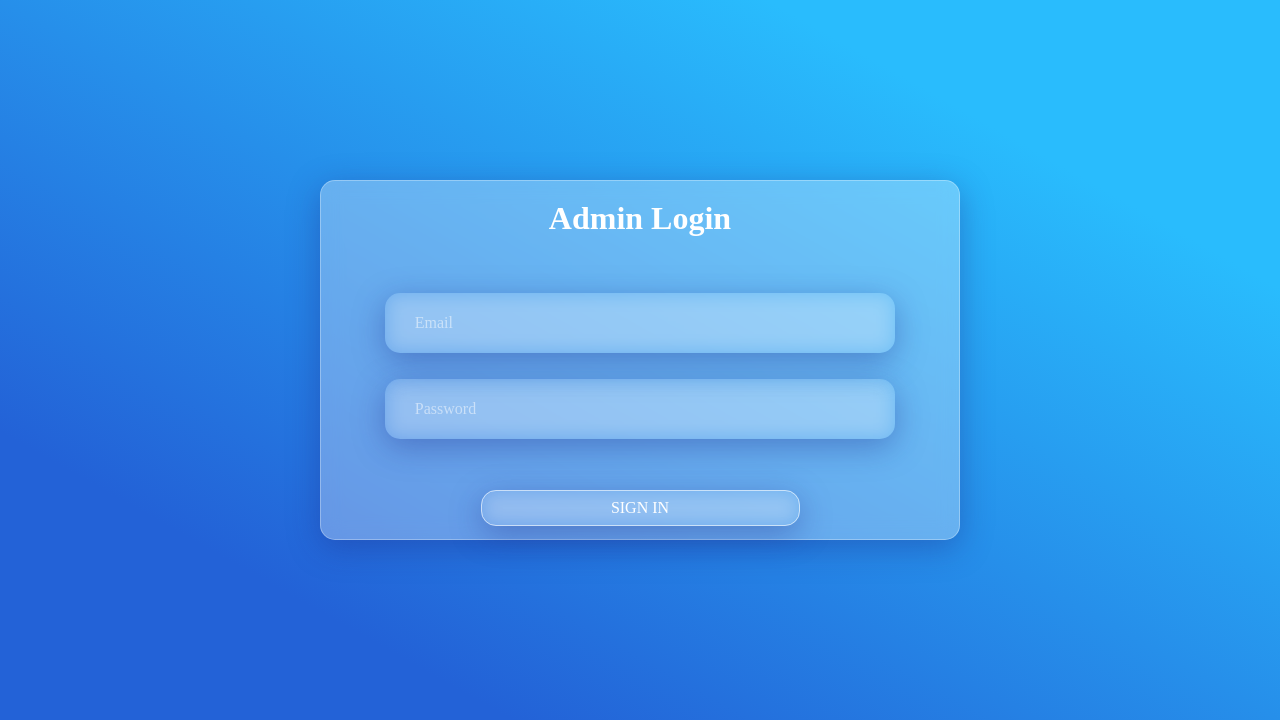
Repository: LEEYONGJUN3068/cms
Page: /login
These files come from the project's save history. The page is drawn as it stood at one moment and after the next save; the edit follows.
The browser window is 1280 px wide. The pictures show the whole page.
The page's requests for data from a server got no answer. The project was rebuilt for these pictures with package versions that can differ from the ones it lists, and the page was loaded fresh each time. The framework's server and built-in components were replaced by stand-ins that run in the browser. No one was signed in, and anything a server would have sent is missing. Also part of the build but not shown: next.config.mjs.

Above is the page before, as saved 2025-09-23 15:30:43.

### src/app/layout.js
import { Geist, Geist_Mono } from "next/font/google";
import "./globals.css";
import AppLoader from "@/components/AppLoader";
import "../styles/globals.scss";

const geistSans = Geist({
  variable: "--font-geist-sans",
  subsets: ["latin"],
});

const geistMono = Geist_Mono({
  variable: "--font-geist-mono",
  subsets: ["latin"],
});

export const metadata = {
  title: "Create Next App",
  description: "Generated by create next app",
  stylesheets: [
    {
      rel: 'stylesheet',
      as: 'style',
      crossOrigin: 'anonymous',
      href: 'https://cdn.jsdelivr.net/gh/orioncactus/pretendard@v1.3.9/dist/web/static/pretendard.min.css',
    },
  ],
};

export default function RootLayout({ children }) {
  return (
    <html lang="ko">
      <body
        className={`${geistSans.variable} ${geistMono.variable} antialiased`}
      >
        <AppLoader>{children}</AppLoader>
      </body>
    </html>
  );
}

### src/app/login/page.jsx
'use client'
import { useState } from 'react'
import { supabase } from '@/lib/supabaseClient'
import { useRouter } from 'next/navigation'
import styles from './login.module.scss'

export default function Login() {
  const [email,setEmail] = useState('')
  const [password,setPassword] = useState('')
  const router = useRouter()

  const handleLogin = async (e) => {
    e.preventDefault()
    const { data, error } = await supabase.auth.signInWithPassword({ email, password })
    if (error) alert(error.message)
    else router.push('/dashboard')
  }

  return (
    <div className={styles.loginContainer}>
      <div className={styles.form}>
        <h2>Admin Login</h2>
        <form onSubmit={handleLogin}>
          <input
            type="email"
            placeholder="Email"
            value={email}
            onChange={(e)=>setEmail(e.target.value)}
            required
            name='id'
          />
          <input
            type="password"
            placeholder="Password"
            value={password}
            onChange={(e)=>setPassword(e.target.value)}
            required
            name='pw'
          />
          <button type="submit" className={styles.loginBtn}>SIGN IN</button>
        </form>
      </div>
    </div>
  )
}

### src/app/globals.css
@import "tailwindcss";

:root {
  --background: #ffffff;
  --foreground: #171717;
}

@theme inline {
  --color-background: var(--background);
  --color-foreground: var(--foreground);
  --font-sans: var(--font-geist-sans);
  --font-mono: var(--font-geist-mono);
}

@media (prefers-color-scheme: dark) {
  :root {
    --background: #0a0a0a;
    --foreground: #ededed;
  }
}

body {
  background: var(--background);
  color: var(--foreground);
  font-family: 'Pretendard';
}

### src/components/AppLoader.jsx
"use client";

import { useState, useEffect } from "react";
import dynamic from 'next/dynamic'; // dynamic import 추가

// LoadingScreen 컴포넌트를 dynamic으로 불러오고, ssr을 false로 설정합니다.
// 이렇게 하면 이 컴포넌트는 오직 브라우저에서만 렌더링됩니다.
const LoadingScreen = dynamic(() => import('./LoadingScreen'), { ssr: false });

const AppLoader = ({ children }) => {
  const [loading, setLoading] = useState(true);

  useEffect(() => {
    const isFirstVisit = sessionStorage.getItem("isFirstVisit");

    if (isFirstVisit) {
      setLoading(false);
    } else {
      sessionStorage.setItem("isFirstVisit", "false");
      setTimeout(() => {
        setLoading(false);
      }, 3000);
    }
  }, []);

  return loading ? <LoadingScreen /> : <>{children}</>;
};

export default AppLoader;

### src/styles/globals.scss
button{
    &:hover{
        cursor: pointer;
    }
}

### src/app/login/login.module.scss
.loginContainer{
    background: linear-gradient(to bottom left, #29bcfd 20%, #2362d7 80%);
    width: 100%;
    height: 100vh;

    .form{
        position: absolute;
        left: 50%;
        top: 50%;
        transform: translate(-50%, -50%);
        width: 50%;
        max-width: 960px;
        height: 50vh;
        max-height: 600px;
        background: rgba(255, 255, 255, 0.3);
        backdrop-filter: blur(10px);
        -webkit-backdrop-filter: blur(10px); /* Safari 브라우저 지원 */
        border: 1px solid rgba(255, 255, 255, 0.3);
        box-shadow: 0 8px 32px 0 rgba(31, 38, 135, 0.37);
        border-radius: 15px;
        padding: clamp(0px, 5vw, 60px) 0;
        color: white;
        display: flex;
        flex-direction: column;
        justify-content: center;

        h2{
            position: relative;
            top: 0;
            text-align: center;
            font-weight: bold;
            font-size: clamp(0px, 4vw, 32px);
            margin-bottom: clamp(0px, 4vw, 77px);
        }

        input{
            width: 80%;
            height: clamp(0px, 5vh, 96px);
            backdrop-filter: blur(10px);
            -webkit-backdrop-filter: blur(10px); /* Safari 브라우저 지원 */
            box-shadow: 0 8px 32px 0 rgba(31, 38, 135, 0.37);
            border-radius: 15px;
            padding: 30px;
            color: white;
            margin-top: clamp(0px, 2vw, 38px);

            &:focus{
                outline: none;
            }

            &:first-child{
                margin-top: 0;
            }
        }

        form{
            display: flex;
            flex-direction: column;
            justify-content: end;
            align-items: center;
        }

        .loginBtn{
            display: flex;
            align-items: center;
            justify-content: center;
            width: 50%;
            height: 5vh;
            backdrop-filter: blur(10px);
            -webkit-backdrop-filter: blur(10px); /* Safari 브라우저 지원 */
            border: 1px solid rgba(255, 255, 255, 0.6);
            box-shadow: 0 8px 32px 0 rgba(31, 38, 135, 0.37);
            border-radius: 15px;
            font-weight: 500;
            color: white;
            margin-top: clamp(0px, 4vw, 77px);

            &:hover{
                background-color: #fff;
                color: #2362d7;
                transition: all 0.5s;
            }
        }
    }
}

### src/components/LoadingScreen.jsx
"use client";

// lottie-react에서 Player를 가져옵니다.
import { Player } from "@lottiefiles/react-lottie-player";

const LoadingScreen = () => {
  return (
    <div style={{
      position: 'fixed',
      top: 0,
      left: 0,
      width: '100%',
      height: '100%',
      backgroundColor: '#000',
      display: 'flex',
      flexDirection: 'column',
      justifyContent: 'center',
      alignItems: 'center',
      zIndex: 9999,
    }}>
        <p style={{
            fontSize: 'clamp(0px, 5vw, 32px)',
            fontWeight: 'bold',
        }}>
          포트폴리오 화면을 구성중입니다
        </p>
        <Player
          autoplay
          loop
          src="https://lottie.host/dfe9ce55-f0b7-4bb0-bcd2-241897b61dec/JhkEyDhSuU.json"
          style={{ width: 'clamp(0px, 50vw, 300px)', height: 'auto' }}
        />
    </div>
  );
};

export default LoadingScreen;

Loaded but not shown: src/lib/supabaseClient.js (common file)

After the next save:
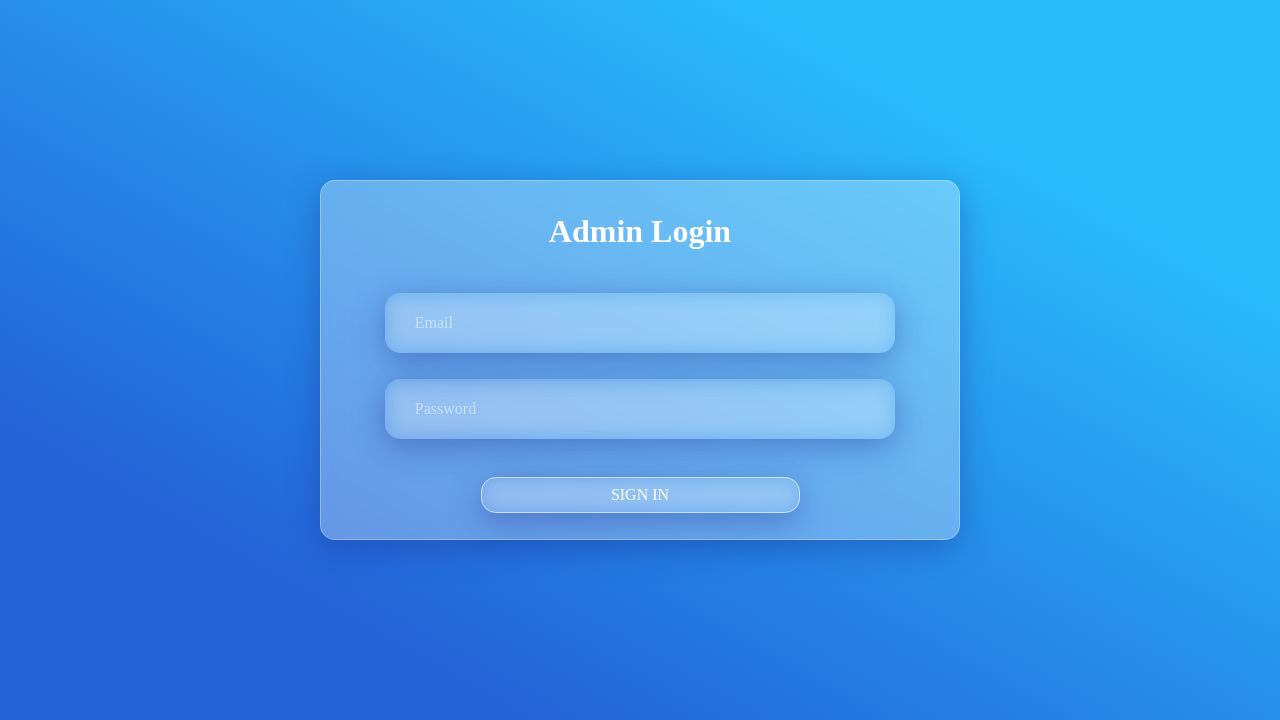
Saved 37 s later.
--- a/src/app/login/login.module.scss
+++ b/src/app/login/login.module.scss
@@ -30,7 +30,7 @@
             text-align: center;
             font-weight: bold;
             font-size: clamp(0px, 4vw, 32px);
-            margin-bottom: clamp(0px, 4vw, 77px);
+            margin-bottom: clamp(0px, 3vw, 58px);
         }
 
         input{
@@ -73,7 +73,7 @@
             border-radius: 15px;
             font-weight: 500;
             color: white;
-            margin-top: clamp(0px, 4vw, 77px);
+            margin-top: clamp(0px, 3vw, 58px);
 
             &:hover{
                 background-color: #fff;
